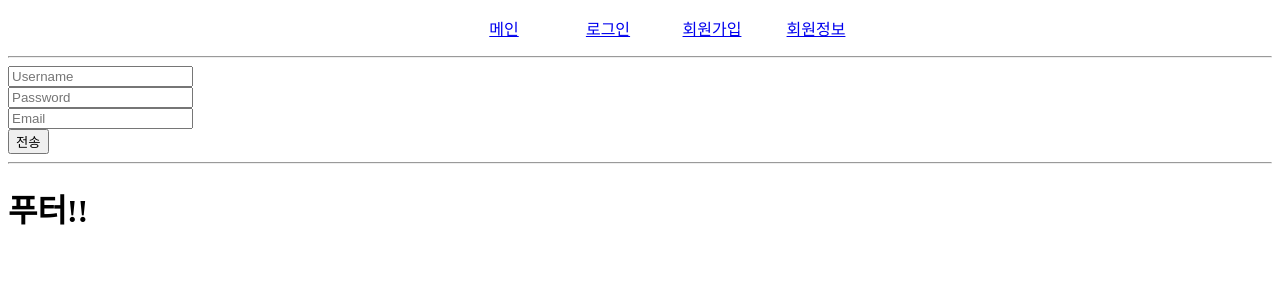
Repository: jchh0177/jsp-work
Page: http://localhost/cos/join.jsp
These files come from the project's save history. The page is drawn as it stood at one moment and after the next save; the edit follows.
The browser window is 1280 px wide. The pictures show the whole page.
The page is served by Tomcat 9.

Above is the page before, as saved 2020-08-22 07:07:22.

After the next save:
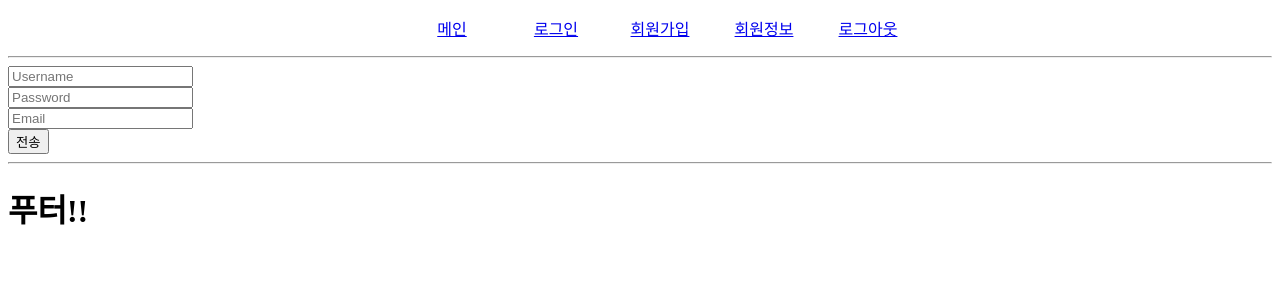
Saved 3 min 40 s later.
--- a/cos/WebContent/layout/header.jsp
+++ b/cos/WebContent/layout/header.jsp
@@ -21,5 +21,6 @@
 	<li><a href="login.jsp">로그인</a></li>
 	<li><a href="join.jsp">회원가입</a></li>
 	<li><a href="info.jsp">회원정보</a></li>
+	<li><a href="logout.jsp">로그아웃</a></li>
 </ul>
 <hr/>
